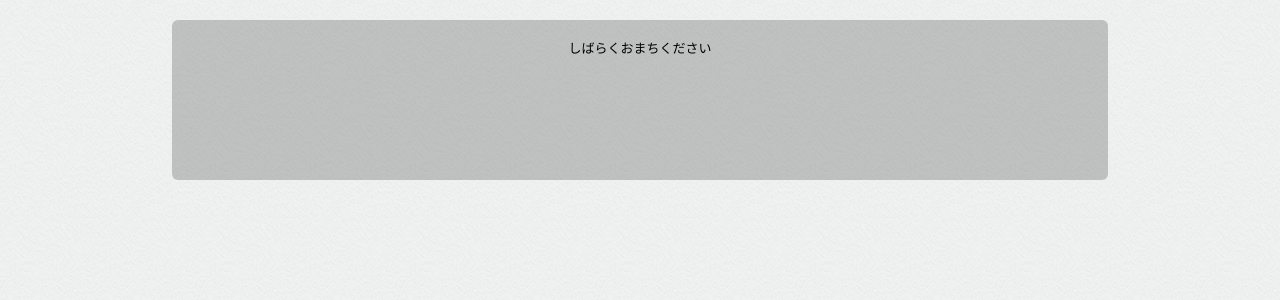
Repository: alivecast/exder_android_sales
Page: exorder.director/assets/www/loading.html
These files come from the project's save history. The page is drawn as it stood at one moment and after the next save; the edit follows.
The browser window is 1280 px wide. The pictures show the whole page.

Above is the page before, as saved 2012-12-14 08:12:29.

### exorder.director/assets/www/loading.html
<html>
	<head>
		<meta name="viewport" content="width=device-width, initial-scale=1.0, maximum-scale=1.0, user-scalable=no;" />
		<meta charset="utf-8">

		<link rel="stylesheet" href="js/jquery.mobile-1.2.0.min.css" type="text/css" />
		<link rel="stylesheet" href="css/iphone.css" type="text/css" />

		<script type="text/javascript" charset="utf-8" src="js/jquery-1.8.2.min.js"></script>
		<script type="text/javascript" charset="utf-8" src="js/base64.js"></script>
		<script type="text/javascript" charset="utf-8" src="js/aes.js"></script>
		<script type="text/javascript" charset="utf-8" src="js/main.js"></script>
		<script type="text/javascript" charset="utf-8" src="js/company.js"></script>
		<script type="text/javascript" charset="utf-8" src="js/cordova.js"></script>
		<script type="text/javascript" charset="utf-8" src="js/spin.min.js"></script>


		<script type="text/javascript">
			$(document).bind("mobileinit", function() {
				// jQuery Mobile フレームワークの設定変更は、ここで行なってください！
				$.support.cors = true;
				$.mobile.allowCrossDomainPages = true;
			});

			$(document).ready(function() {
				document.addEventListener("deviceready", onDeviceReady, false);
			});

				function onDeviceReady() {
					// spin setting
					var opts = {
						lines : 15, // The number of lines to draw
						length : 28, // The length of each line
						width : 8, // The line thickness
						radius : 14, // The radius of the inner circle
						corners : 1, // Corner roundness (0..1)
						rotate : 0, // The rotation offset
						color : '#000', // #rgb or #rrggbb
						speed : 1, // Rounds per second
						trail : 60, // Afterglow percentage
						shadow : false, // Whether to render a shadow
						hwaccel : false, // Whether to use hardware acceleration
						className : 'spinner', // The CSS class to assign to the spinner
						zIndex : 2e9, // The z-index (defaults to 2000000000)
						top : 'auto', // Top position relative to parent in px
						left : 'auto' // Left position relative to parent in px
					};
					var target = document.getElementById('spin');
					var spinner = new Spinner(opts).spin(target);
				}
		</script>
	</head>

	<body>
		<div data-role="page" data-add-back-btn="false" data-theme="z">
			<!-- loading -->
			<div class="loading" data-role="content" id="loading">
				<div class="loading_box">
					<p>しばらくおまちください</p>
					<div id="loadingImg" class="square"></div>
				</div>
			</div>
		</div>
	</body>

</html>

Loaded but not shown: exorder.director/assets/www/js/jquery.mobile-1.2.0.min.css (library); exorder.director/assets/www/js/jquery-1.8.2.min.js (library); exorder.director/assets/www/js/aes.js (library); exorder.director/assets/www/js/cordova.js (library); exorder.director/assets/www/js/spin.min.js (library); exorder.director/assets/www/js/main.js (360 lines, source omitted); exorder.director/assets/www/js/base64.js (226 lines, source omitted); exorder.director/assets/www/js/company.js (72 lines, source omitted); exorder.director/assets/www/css/iphone.css (1996 lines, source omitted)

After the next save:
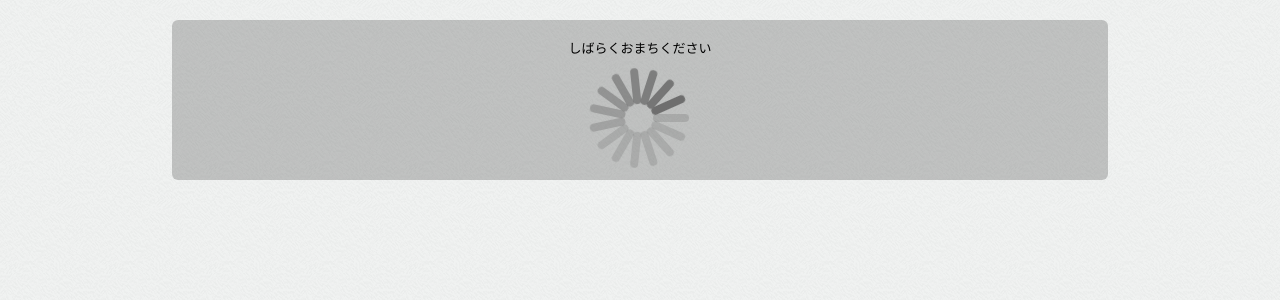
Saved 3 min 22 s later.
--- a/exorder.director/assets/www/loading.html
+++ b/exorder.director/assets/www/loading.html
@@ -26,28 +26,9 @@
 				document.addEventListener("deviceready", onDeviceReady, false);
 			});
 
-				function onDeviceReady() {
-					// spin setting
-					var opts = {
-						lines : 15, // The number of lines to draw
-						length : 28, // The length of each line
-						width : 8, // The line thickness
-						radius : 14, // The radius of the inner circle
-						corners : 1, // Corner roundness (0..1)
-						rotate : 0, // The rotation offset
-						color : '#000', // #rgb or #rrggbb
-						speed : 1, // Rounds per second
-						trail : 60, // Afterglow percentage
-						shadow : false, // Whether to render a shadow
-						hwaccel : false, // Whether to use hardware acceleration
-						className : 'spinner', // The CSS class to assign to the spinner
-						zIndex : 2e9, // The z-index (defaults to 2000000000)
-						top : 'auto', // Top position relative to parent in px
-						left : 'auto' // Left position relative to parent in px
-					};
-					var target = document.getElementById('spin');
-					var spinner = new Spinner(opts).spin(target);
-				}
+			function onDeviceReady() {
+
+			}
 		</script>
 	</head>
 
@@ -58,6 +39,28 @@
 				<div class="loading_box">
 					<p>しばらくおまちください</p>
 					<div id="loadingImg" class="square"></div>
+					<script>
+						// spin setting
+						var opts = {
+							lines : 15, // The number of lines to draw
+							length : 28, // The length of each line
+							width : 8, // The line thickness
+							radius : 14, // The radius of the inner circle
+							corners : 1, // Corner roundness (0..1)
+							rotate : 0, // The rotation offset
+							color : '#666', // #rgb or #rrggbb
+							speed : 1, // Rounds per second
+							trail : 60, // Afterglow percentage
+							shadow : false, // Whether to render a shadow
+							hwaccel : false, // Whether to use hardware acceleration
+							className : 'spinner', // The CSS class to assign to the spinner
+							zIndex : 2e9, // The z-index (defaults to 2000000000)
+							top : 'auto', // Top position relative to parent in px
+							left : 'auto' // Left position relative to parent in px
+						};
+						var target = document.getElementById('loadingImg');
+						var spinner = new Spinner(opts).spin(target);
+					</script>
 				</div>
 			</div>
 		</div>
